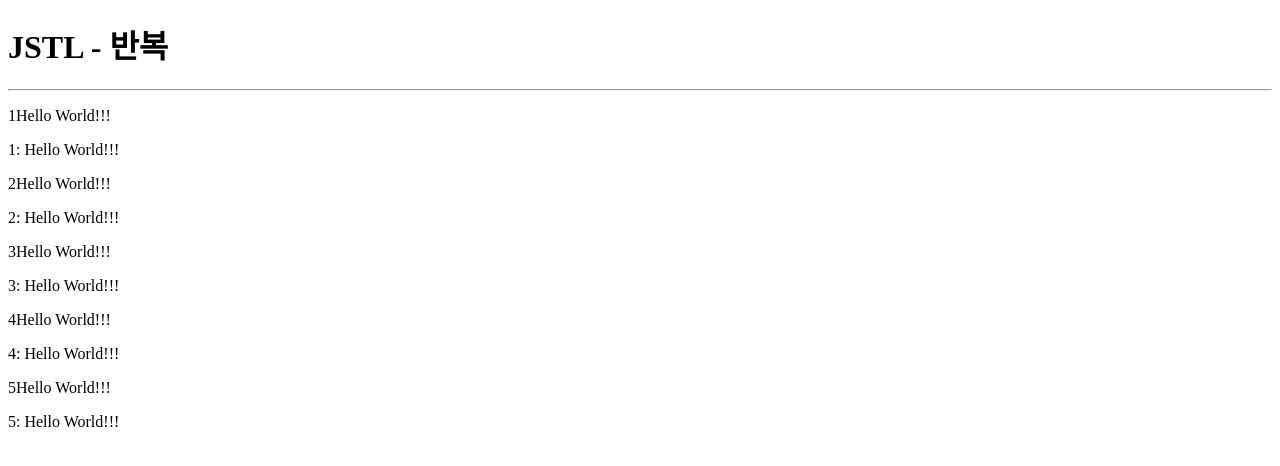
Repository: ChimmyWorld/JSP
Page: http://localhost/Day53/ex11.jsp
These files come from the project's save history. The page is drawn as it stood at one moment and after a run of saves; the edit follows.
The browser window is 1280 px wide. The pictures show the whole page.
The page is served by Tomcat 9.

Above is the page before, as saved 2023-09-22 06:05:49.

After the next 3 saves:
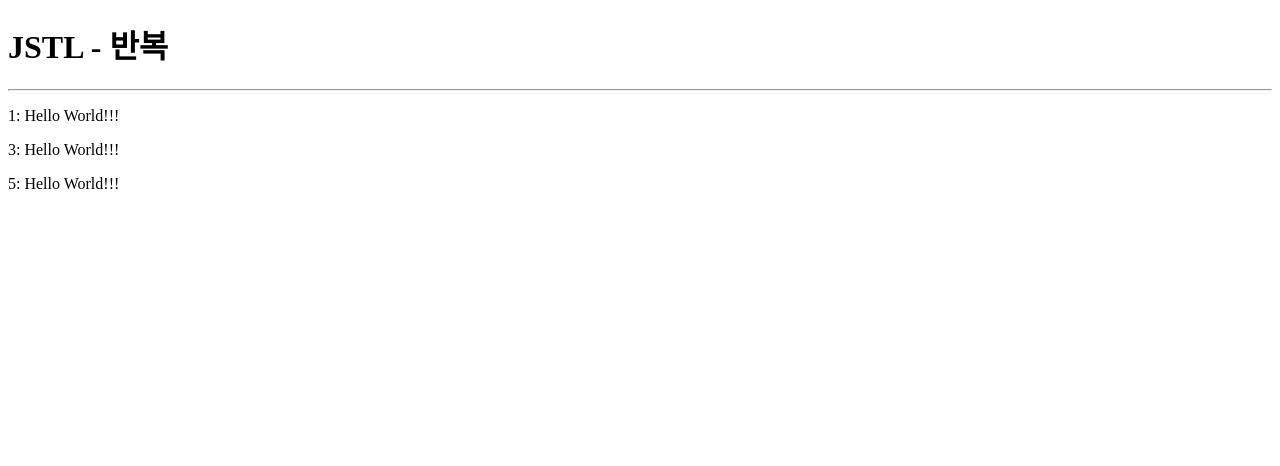
The 3 saves are shown as one change because 2 did not build or start.
The last was saved 87 s later.
--- a/Day53/WebContent/ex11.jsp
+++ b/Day53/WebContent/ex11.jsp
@@ -14,9 +14,11 @@
 	<%-- var: 반복하는 값을 저장하는 attribute 이름. pageContext에 저장됨 --%>
 	<%-- begin: 반복의 시작 값 --%>
 	<%-- end: 반복의 끝 값 --%>
-	<c:forEach var="i" begin="1" end="5">
-		<p><%=pageContext.getAttribute("i") %>Hello World!!!</p>
+	<c:forEach var="i" begin="1" end="5" step="2">
 		<p>${i }: Hello World!!!</p>
+   <%-- <p><%=pageContext.getAttribute("i") %>Hello World!!!</p> --%>
+
+
 	</c:forEach>
 </body>
 </html>
